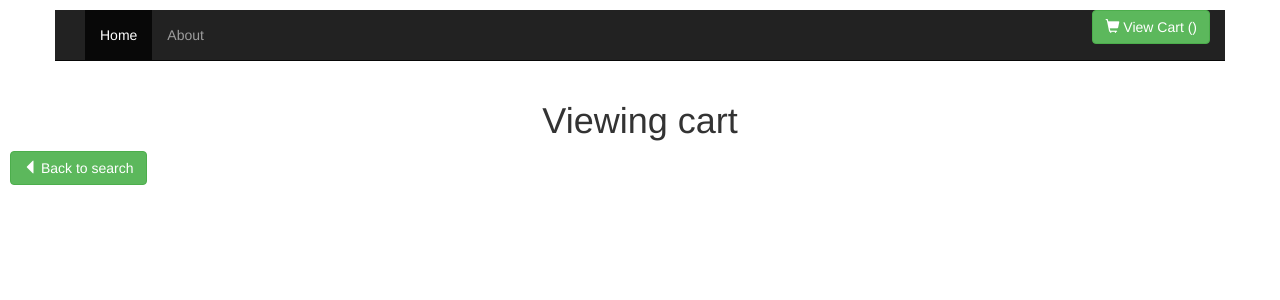
Repository: iancwwong/DigitalBibliographicalLibrary
Page: http://localhost/DigitalBibliographicLibrary/cartpage.jsp
The author's editor kept a copy of each file at every save. The page is drawn from the files as they stood at one save, then again after the next save.
The browser window is 1280 px wide. The pictures show the whole page.
The page is served by Tomcat 9.

Above is the page before, as saved 2016-08-27 15:49:08.

After the next save:
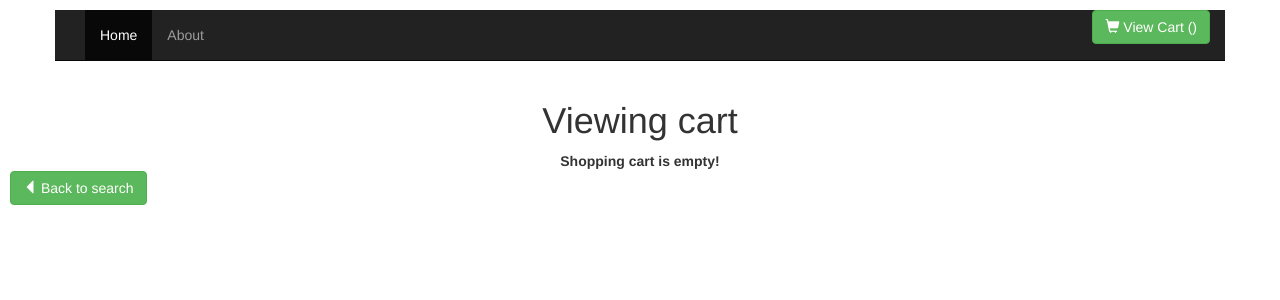
Saved 50 s later.
--- a/DigitalBibliographicLibrary/WebContent/cartpage.jsp
+++ b/DigitalBibliographicLibrary/WebContent/cartpage.jsp
@@ -32,7 +32,7 @@
 	<!-- cart content -->
 	<div class="container">
 		<center>
-
+			<strong>Shopping cart is empty!</strong>
 		</center>
 	</div>
 
